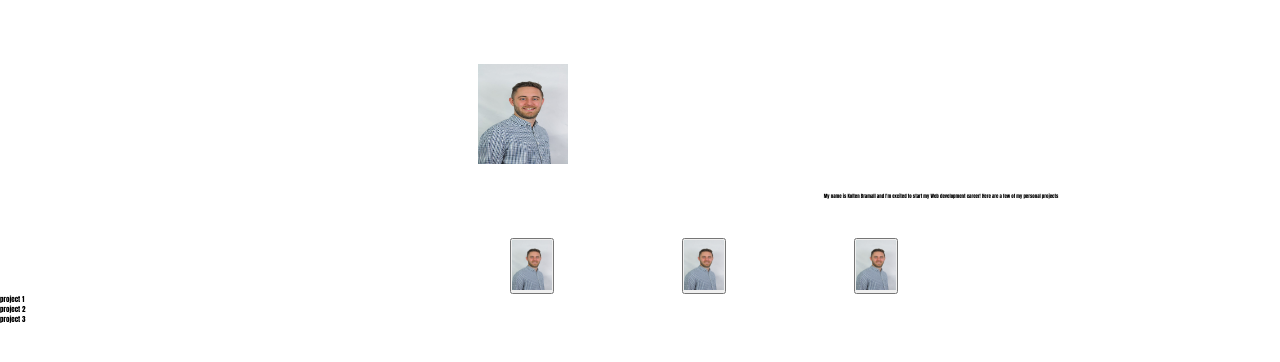
Repository: Kobramall/portfolio-project
Page: /portfolio
These files come from the project's save history. The page is drawn as it stood at one moment and after the next save; the edit follows.
The browser window is 1280 px wide. The pictures show the whole page.
The project was rebuilt for these pictures with package versions that can differ from the ones it lists, and the page was loaded fresh each time. Also part of the build but not shown: src/App.css, src/componets/Main.jsx. Imported but missing from the stored project, and not drawn on this page: src/assets/Landscape.mov.

Above is the page before, as saved 2022-11-01 15:29:40.

After the next save:
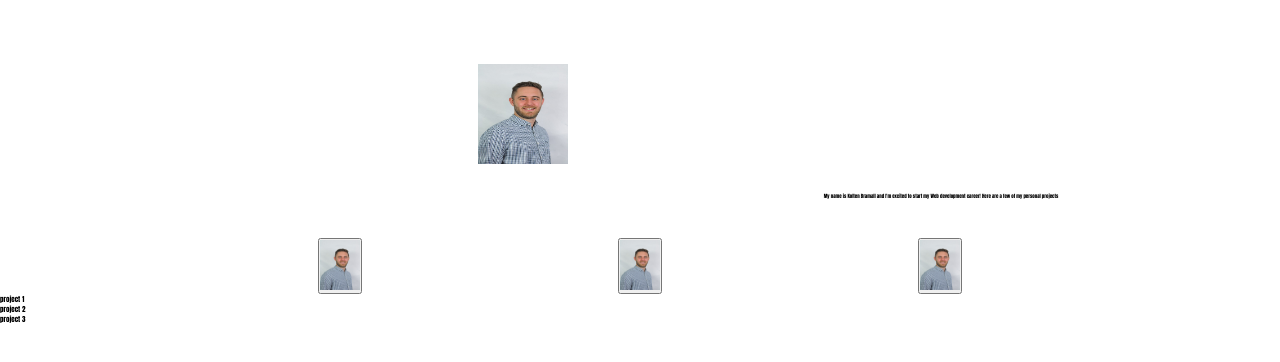
Saved 18 s later.
--- a/src/Portfolio.css
+++ b/src/Portfolio.css
@@ -28,4 +28,5 @@
 
   .projectLinks a{
     margin-left: 10%;
+    margin-right:10% ;
   }
